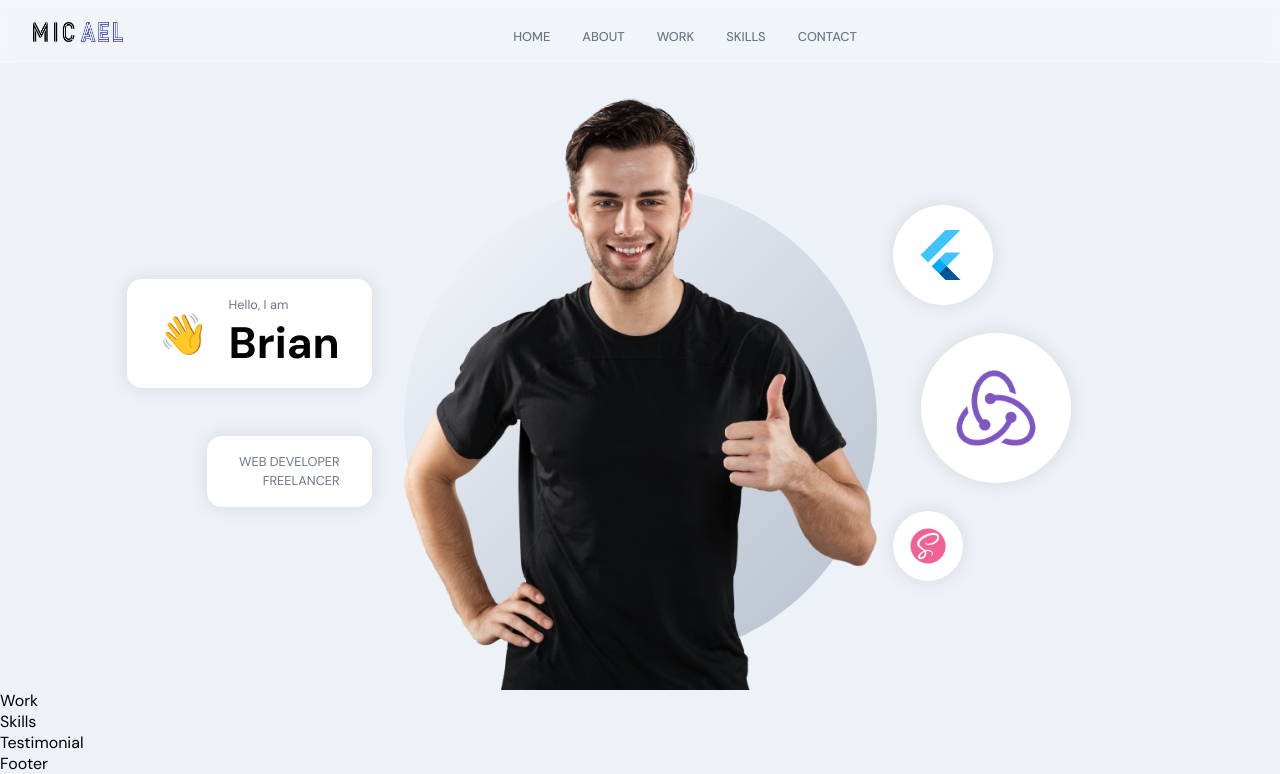
Repository: 61ZM07H36R3ML1N/Portfolio-JS
Page: / (app in frontend_react/)
The author's editor kept a copy of each file at every save. The page is drawn from the files as they stood at one save, then again after the next save.
The browser window is 1280 px wide. The pictures show the whole page.
The project was rebuilt for these pictures with package versions that can differ from the ones it lists, and the page was loaded fresh each time. Also part of the build but not shown: frontend_react/src/container/About/About.scss, frontend_react/src/container/Skills/Skills.scss, frontend_react/src/container/Work/Work.scss.

Above is the page before, as saved 2022-10-16 22:03:22.

After the next save:
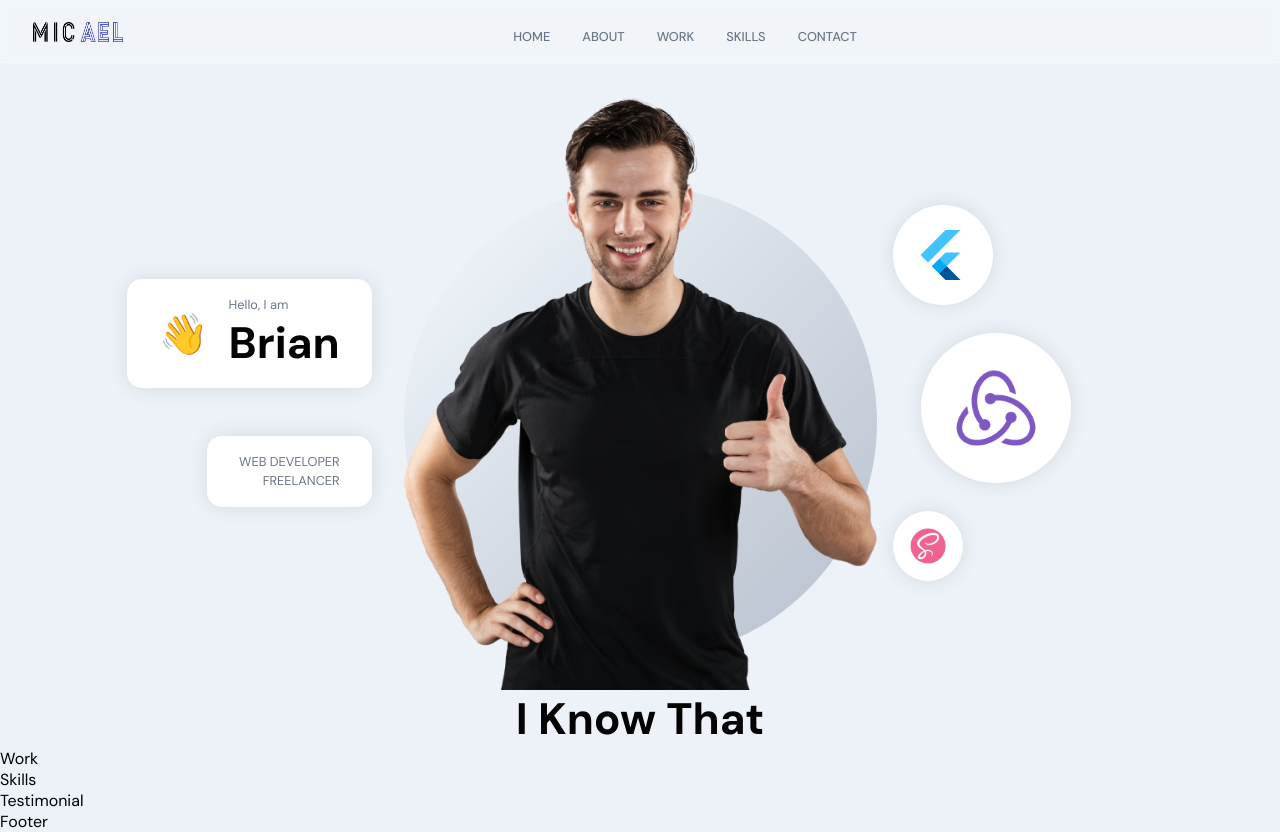
Saved 39 s later.
--- a/frontend_react/src/container/About/About.jsx
+++ b/frontend_react/src/container/About/About.jsx
@@ -6,7 +6,9 @@
 const About = () => {
   return (
     <>
-      <h2 className="head-text"></h2>
+      <h2 className="head-text">
+        I Know That <span></span>
+      </h2>
     </>
   );
 };
